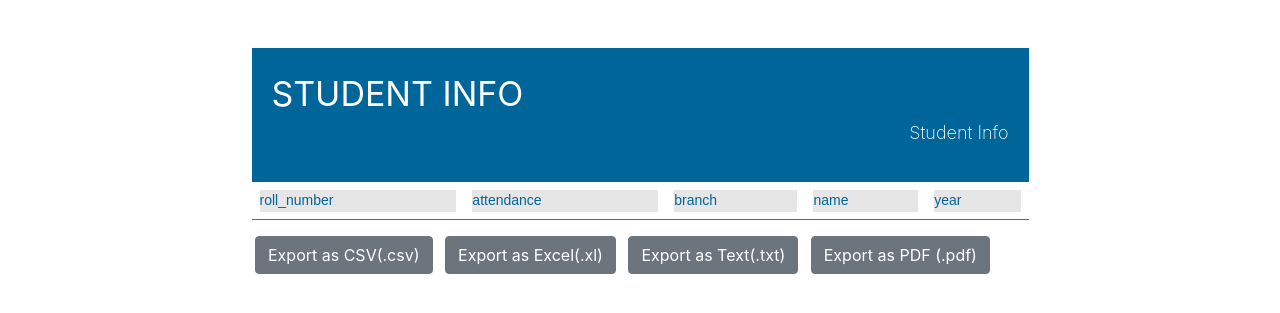
Repository: supranshu/CrystalReportGenerator
Page: http://localhost/produce_report
These files come from the project's save history. The page is drawn as it stood at one moment and after the next save; the edit follows.
The browser window is 1280 px wide. The pictures show the whole page.
The page is this project's Thymeleaf template; nobody is signed in. The template is opened directly, without the code that normally fills it, so the values that code supplies are empty.

Above is the page before, as saved 2023-08-07 13:19:51.

After the next save:
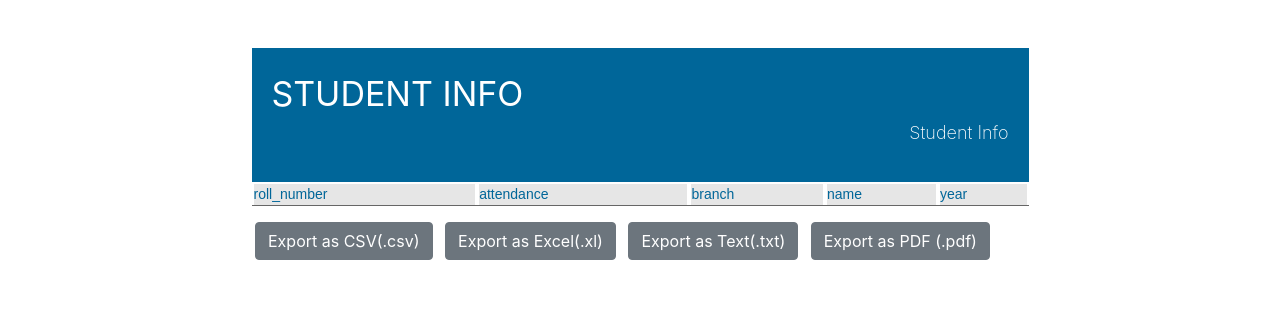
Saved 20 s later.
--- a/com.report/src/main/resources/templates/produce_report.html
+++ b/com.report/src/main/resources/templates/produce_report.html
@@ -30,6 +30,7 @@
             font-weight: 100;
             background-color: #E6E6E6;
             color: #006699;
+            padding: 2px 2px 0;
 
 
         }
